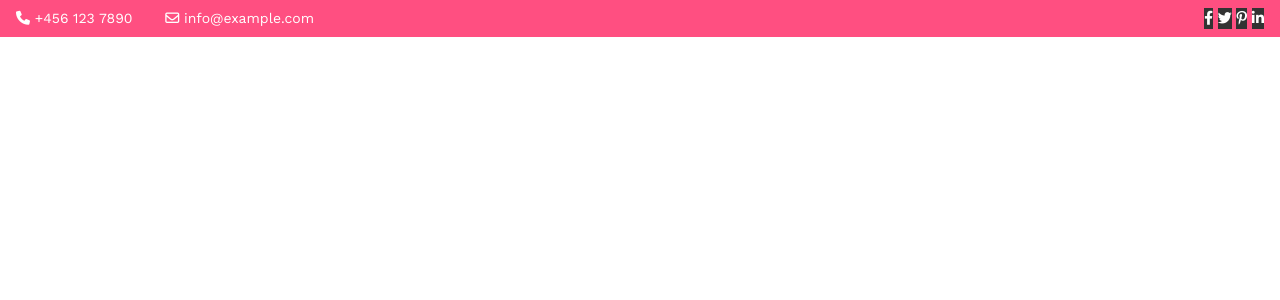
Repository: nguyenbinhminh/instruction_clone
Page: index.html
The author's editor kept a copy of each file at every save. The page is drawn from the files as they stood at one save, then again after the next save.
The browser window is 1280 px wide. The pictures show the whole page.

Above is the page before, as saved 2021-09-29 22:18:05.

### index.html
<!DOCTYPE html>
<html lang="en">
	<head>
		<meta charset="UTF-8" />
		<meta http-equiv="X-UA-Compatible" content="IE=edge" />
		<meta name="viewport" content="width=device-width, initial-scale=1.0" />
		<title>Instruction</title>

		<!-- FONT GOOGLE -->
		<link rel="preconnect" href="https://fonts.googleapis.com" />
		<link rel="preconnect" href="https://fonts.gstatic.com" crossorigin />
		<link
			href="https://fonts.googleapis.com/css2?family=Work+Sans:ital,wght@0,100;0,200;0,300;0,400;0,500;0,600;0,700;0,800;0,900;1,100;1,200;1,300;1,400;1,500;1,600;1,700;1,800;1,900&display=swap"
			rel="stylesheet"
		/>

		<!-- FONT AWESOME -->
		<link
			rel="stylesheet"
			href="https://cdnjs.cloudflare.com/ajax/libs/font-awesome/6.0.0-beta2/css/all.min.css"
			integrity="sha512-YWzhKL2whUzgiheMoBFwW8CKV4qpHQAEuvilg9FAn5VJUDwKZZxkJNuGM4XkWuk94WCrrwslk8yWNGmY1EduTA=="
			crossorigin="anonymous"
			referrerpolicy="no-referrer"
		/>

		<!-- BOOTTRAP -->
		<link rel="stylesheet" href="./css/bootstrap.min.css" />

		<!-- MAIN CSS -->
		<link rel="stylesheet" href="./css/index.css" />
	</head>
	<body>
		<!-- HEADER -->
		<header>
			<div class="header__top d-flex justify-content-between container-fluid">
				<div class="header__left">
					<a href="tel:+456 123 7890" class="text-white text-decoration-none">
						<i class="fas fa-phone"></i>
						<span>+456 123 7890</span>
					</a>
					<a href="mailto:info@example.com" class="text-white text-decoration-none">
						<i class="far fa-envelope"></i>
						<span>info@example.com</span>
					</a>
				</div>
				<div class="header__right">
					<a href="#">
						<i class="fab fa-facebook-f"></i>
					</a>
					<a href="#">
						<i class="fab fa-twitter"></i>
					</a>
					<a href="#">
						<i class="fab fa-pinterest-p"></i>
					</a>
					<a href="#">
						<i class="fab fa-linkedin-in"></i>
					</a>
				</div>
			</div>
		</header>
		<!-- CAROUSEL -->
		<section class="instruction-carousel"></section>
		<!-- WELCOM -->
		<section class="welcome"></section>
		<!-- OUR STATS -->
		<section class="stats"></section>
		<!-- OFFER -->
		<section class="offer"></section>
		<!-- Testimonials -->
		<section class="testimonials"></section>
		<!-- NEWS -->
		<section class="news"></section>
		<!-- FOOTER -->
		<footer></footer>

		<!-- jQuery -->
		<script src="./js/jquery-3.6.0.min.js"></script>
		<!-- BOOTSTRAP -->
		<script src="./js/bootstrap.bundle.min.js"></script>
	</body>
</html>

### css/index.css
html {
	box-sizing: border-box;
	font-size: 62.5%;
}
body {
	font-size: 1.6rem;
	font-family: "Work Sans", sans-serif;
	font-weight: normal;
}
/* HEADER */
.header__top {
	background-color: #ff4f81;
	padding: 0.8rem 1.6rem;
	font-size: 1.4rem;
}
.header__left a {
	margin-right: 2.8rem;
}
.header__right a {
	display: inline-block;
	color: white;
	background-color: #333;
}

Loaded but not shown: css/bootstrap.min.css (library); js/jquery-3.6.0.min.js (library); js/bootstrap.bundle.min.js (library)

After the next save:
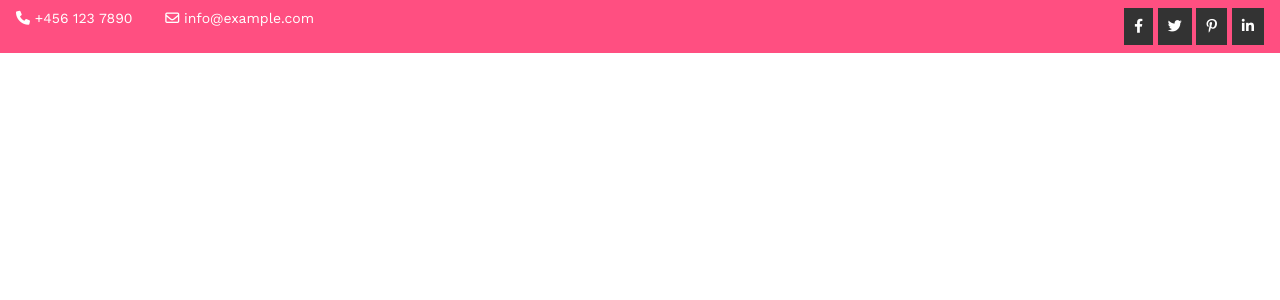
Saved 11 s later.
--- a/css/index.css
+++ b/css/index.css
@@ -20,4 +20,5 @@
 	display: inline-block;
 	color: white;
 	background-color: #333;
+	padding: 0.8rem 1rem;
 }
